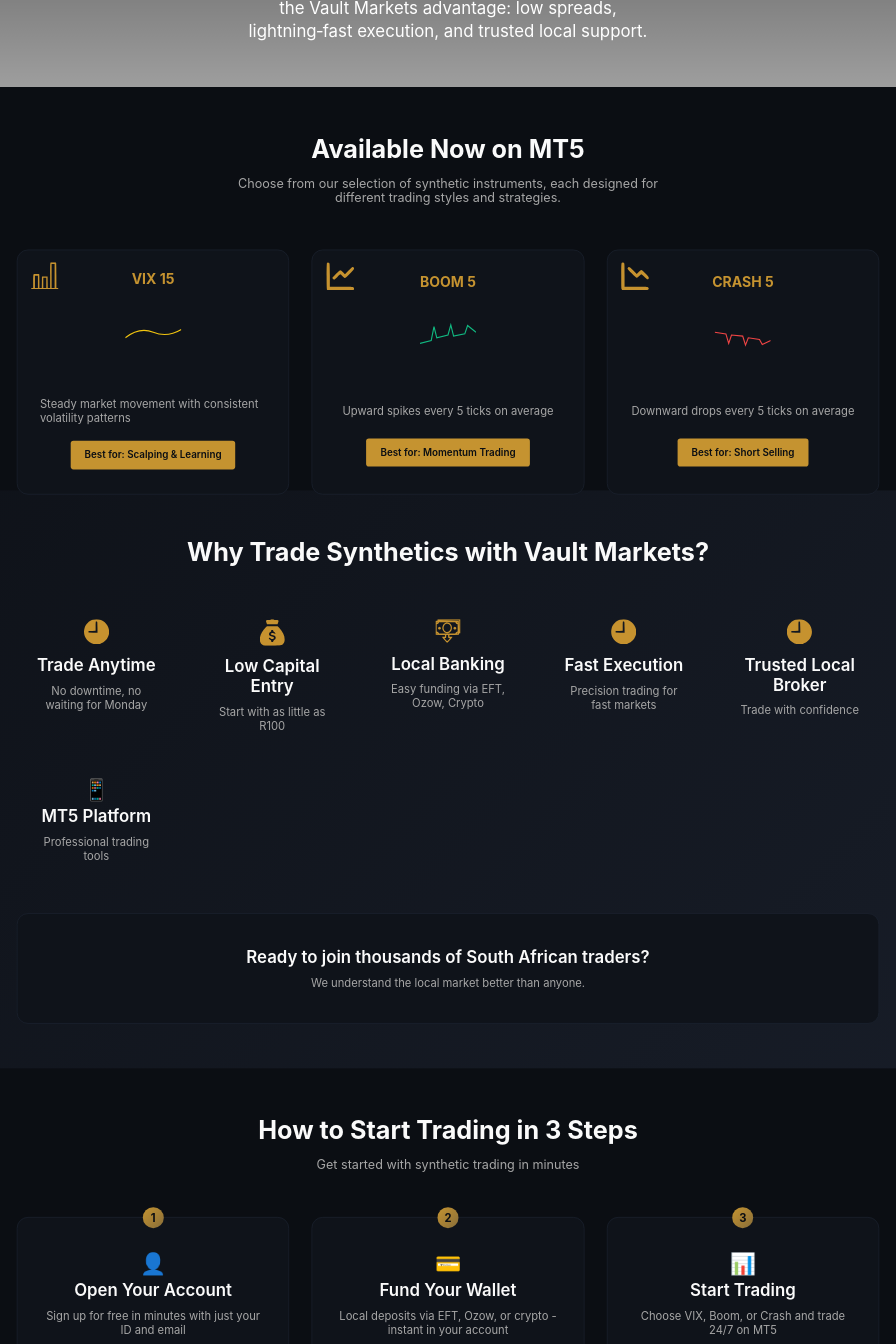
Repository: Jacques-Jaki-Morkel/VaultMarkets_Synthetics
Page: wp-copy/index.HTML
The author's editor kept a copy of each file at every save. The page is drawn from the files as they stood at one save, then again after the next save.
The browser window is 1280 px wide. The pictures show the part of the page from y = 1141 to 3061 px (the page is 4787 px tall), at 70% of full size.
Pictures or frames that could not be fetched are drawn as grey boxes.

Above is the page before, as saved 2025-08-01 13:44:22.

### wp-copy/index.HTML
<!DOCTYPE html>
<html lang="en">

<head>
    <link rel="stylesheet" href="styles.css">
</head>

<body>
    <!-- Hero Section -->
    <section class="vm-hero-section">
        <div class="vm-container vm-con-row">
            <div class="vm-floating-icons">
                <div class="vm-floating-icon vm-boom">BOOM</div>
                <div class="vm-floating-icon vm-crash">CRASH</div>
                <div class="vm-floating-icon vm-vix">VIX</div>
            </div>

            <div class="vm-hero-content">
                <span class="span-gradinet">
                    <h1>Trade the Market That Never Sleeps</h1>
                </span>
                <p class="vm-hero-subtitle">Boom. Crash. VIX. 24/7 trading. No market closures. No news shocks.</p>

                <div class="vm-hero-buttons">
                    <button class="vm-btn vm-btn-primary">Start Trading Now</button>
                    <button class="vm-btn vm-btn-outline hide-this">Watch Demo</button>
                </div>

                <div class="vm-markets-badge"><span class="vm-market-badge-icon"></span>Markets Open 24/7</div>
            </div>
        </div>
    </section>

    <!-- Synthetics Intro -->
    <section class="vm-synthetics-intro">
        <div class="vm-container vm-con-col">
            <div class="vm-section-header">
                <h2>Markets Built for Traders, <span class="span-gradinet">by Traders</span> </h2>
                <p>Synthetic Indices are computer‑generated markets that move just like real markets — but they're not tied to real‑world events. That means:</p>
            </div>

            <div class="vm-benefits-grid">
                <div class="vm-benefit-card">
                    <div class="vm-benefit-icon"><img class="icons-size" src="/assets/Icons/always-open.svg"></div>
                    <h3>Always Open</h3>
                    <p>Trade 24/7, even weekends & public holidays</p>
                </div>
                <div class="vm-benefit-card">
                    <div class="vm-benefit-icon"><img class="icons-size" src="/assets/Icons/constant-volatility.svg"></div>
                    <h3>Consistent Action</h3>
                    <p>No sudden market shocks from the news</p>
                </div>
                <div class="vm-benefit-card">
                    <div class="vm-benefit-icon"><img class="icons-size" src="/assets/Icons/predictable-structure.svg"></div>
                    <h3>Predictable Structure</h3>
                    <p>Easy to study & learn patterns</p>
                </div>
                <div class="vm-benefit-card">
                    <div class="vm-benefit-icon"><img class="icons-size" src="/assets/Icons/fast-execution.svg"></div>
                    <h3>Lightning Fast</h3>
                    <p>Instant execution and tight spreads</p>
                </div>
            </div>

            <p class="vm-vault-advantage">Trade them exactly like Forex or CFDs on MT5, with the Vault Markets advantage: low spreads, lightning‑fast execution, and trusted local support.

            </p>
        </div>
    </section>

    <!-- Instruments Showcase -->
    <section class="vm-instruments-showcase">
        <div class="vm-container">
            <div class="vm-section-header">
                <h2>Available Now on MT5</h2>
                <p>Choose from our selection of synthetic instruments, each designed for different trading styles and
                    strategies.</p>
            </div>

            <div class="vm-instruments-grid">
                <div class="vm-instrument-card">
                    <div class="vm-instrument-header">
                        <div class="vm-instrument-icon"><img src="/assets/Icons/vix.svg"></div>
                        <span class="vm-instrument-symbol">VIX 15</span>
                        <div class="vm-mini-chart">
                            <svg viewBox="0 0 100 40">
                                <path d="M0,30 Q25,10 50,20 T100,15" stroke="#f1c40f" fill="none" stroke-width="2" />
                            </svg>
                        </div>
                    </div>
                    <p class="vm-instrument-description">Steady market movement with consistent volatility patterns</p>
                    <span class="vm-best-for">Best for: Scalping & Learning</span>
                </div>

                <div class="vm-instrument-card">
                    <div class="vm-instrument-icon"><img src="/assets/Icons/boom-5.svg"></div>
                    <div class="vm-instrument-header">
                        <span class="vm-instrument-symbol">BOOM 5</span>
                        <div class="vm-mini-chart">
                            <svg viewBox="0 0 100 40">
                                <path d="M0,35 L20,30 L25,5 L30,25 L50,20 L55,2 L60,22 L80,18 L85,3 L100,15"
                                    stroke="#10b981" fill="none" stroke-width="2" />
                            </svg>
                        </div>
                    </div>
                    <p class="vm-instrument-description">Upward spikes every 5 ticks on average</p>
                    <span class="vm-best-for">Best for: Momentum Trading</span>
                </div>

                <div class="vm-instrument-card">
                    <div class="vm-instrument-header">
                        <div class="vm-instrument-icon"><img src="/assets/Icons/crash-5.svg"></div>
                        <span class="vm-instrument-symbol">CRASH 5</span>
                        <div class="vm-mini-chart">
                            <svg viewBox="0 0 100 40">
                                <path d="M0,15 L20,18 L25,35 L30,20 L50,22 L55,38 L60,25 L80,28 L85,37 L100,30"
                                    stroke="#ef4444" fill="none" stroke-width="2" />
                            </svg>
                        </div>
                    </div>
                    <p class="vm-instrument-description">Downward drops every 5 ticks on average</p>
                    <span class="vm-best-for">Best for: Short Selling</span>
                </div>
            </div>
        </div>
    </section>

    <!-- Why Vault Section -->
    <section class="vm-why-vault">
        <div class="vm-container">
            <h2>Why Trade Synthetics with Vault Markets?</h2>

            <div class="vm-why-benefits-grid">
                <div class="vm-why-benefit">
                    <div class="vm-why-icon"><img class="icons-size" src="/assets/Icons/always-open.svg"></div>
                    <h3>Trade Anytime</h3>
                    <p>No downtime, no waiting for Monday</p>
                </div>
                <div class="vm-why-benefit">
                    <div class="vm-why-icon"><img class="icons-size" src="/assets/Icons/low-capital.svg"></div>
                    <h3>Low Capital Entry</h3>
                    <p>Start with as little as R100</p>
                </div>
                <div class="vm-why-benefit">
                    <div class="vm-why-icon"><img class="icons-size" src="/assets/Icons/deposits-withdrawals.svg"></div>
                    <h3>Local Banking</h3>
                    <p>Easy funding via EFT, Ozow, Crypto</p>
                </div>
                <div class="vm-why-benefit">
                    <div class="vm-why-icon"><img class="icons-size" src="/assets/Icons/always-open.svg"></div>
                    <h3>Fast Execution</h3>
                    <p>Precision trading for fast markets</p>
                </div>
                <div class="vm-why-benefit">
                    <div class="vm-why-icon"><img class="icons-size" src="/assets/Icons/always-open.svg"></div>
                    <h3>Trusted Local Broker</h3>
                    <p>Trade with confidence</p>
                </div>
                <div class="vm-why-benefit">
                    <div class="vm-why-icon">📱</div>
                    <h3>MT5 Platform</h3>
                    <p>Professional trading tools</p>
                </div>
            </div>

            <div class="vm-cta-box">
                <h3>Ready to join thousands of South African traders?</h3>
                <p>We understand the local market better than anyone.</p>
            </div>
        </div>
    </section>

    <!-- How to Start -->
    <section class="vm-how-to-start">
        <div class="vm-container">
            <div class="vm-section-header">
                <h2>How to Start Trading in 3 Steps</h2>
                <p>Get started with synthetic trading in minutes</p>
            </div>

            <div class="vm-steps-grid">
                <div class="vm-step">
                    <div class="vm-step-number">1</div>
                    <div class="vm-step-icon">👤</div>
                    <h3>Open Your Account</h3>
                    <p>Sign up for free in minutes with just your ID and email</p>
                    <span class="vm-step-action">Create Account</span>
                </div>

                <div class="vm-step">
                    <div class="vm-step-number">2</div>
                    <div class="vm-step-icon">💳</div>
                    <h3>Fund Your Wallet</h3>
                    <p>Local deposits via EFT, Ozow, or crypto - instant in your account</p>
                    <span class="vm-step-action">Add Funds</span>
                </div>

                <div class="vm-step">
                    <div class="vm-step-number">3</div>
                    <div class="vm-step-icon">📊</div>
                    <h3>Start Trading</h3>
                    <p>Choose VIX, Boom, or Crash and trade 24/7 on MT5</p>
                    <span class="vm-step-action">Begin Trading</span>
                </div>
            </div>

            <div class="vm-final-cta">
                <h3>Ready to Start Your Trading Journey?</h3>
                <p>Join thousands of traders who've made the switch to 24/7 synthetic markets.</p>
                <button class="vm-btn vm-btn-primary">Open Account Now</button>
            </div>
        </div>
    </section>

    <!-- Educational Section -->
    <section class="vm-educational hide-this">
        <div class="vm-container">
            <div class="vm-section-header">
                <h2>New to Synthetics? We've Got You Covered</h2>
                <p>Master synthetic trading with our comprehensive educational resources</p>
            </div>

            <div class="vm-education-highlight">
                <div class="vm-video-card">
                    <div class="vm-video-thumbnail">
                        <div class="vm-play-button">▶</div>
                    </div>
                    <h3>Complete Synthetics Trading Guide</h3>
                    <p>Learn the fundamentals of synthetic trading in this comprehensive video guide</p>
                    <div class="vm-video-meta">
                        <span class="vm-video-type">Video Guide</span>
                        <span class="vm-video-duration">15 min</span>
                    </div>
                </div>
            </div>

            <div class="vm-resources-grid">
                <div class="vm-resource-card">
                    <div class="vm-resource-icon">📚</div>
                    <h3>Strategy Guides</h3>
                    <p>Proven strategies for Boom, Crash, and VIX trading</p>
                    <div class="vm-resource-meta">
                        <span>PDF Guide</span>
                        <span>10 min read</span>
                    </div>
                </div>

                <div class="vm-resource-card">
                    <div class="vm-resource-icon">🎯</div>
                    <h3>Risk Management</h3>
                    <p>Essential risk management techniques for synthetic markets</p>
                    <div class="vm-resource-meta">
                        <span>Article</span>
                        <span>5 min read</span>
                    </div>
                </div>

                <div class="vm-resource-card">
                    <div class="vm-resource-icon">📈</div>
                    <h3>Advanced Techniques</h3>
                    <p>Advanced trading techniques and market analysis</p>
                    <div class="vm-resource-meta">
                        <span>Video Series</span>
                        <span>30 min</span>
                    </div>
                </div>
            </div>

            <div class="vm-education-cta">
                <h3>Access Our Free Trading Education Library</h3>
                <p>Everything you need to become a successful synthetic trader</p>
                <button class="vm-btn vm-btn-outline">Explore Resources</button>
            </div>
        </div>
    </section>

    <!-- Testimonials -->
    <section class="vm-testimonials">
        <div class="vm-container">
            <div class="vm-section-header">
                <h2>What Our Traders Say</h2>
                <p>Join thousands of satisfied traders across South Africa</p>
            </div>

            <div class="vm-testimonials-grid">
                <div class="vm-testimonial-card">
                    <div class="vm-stars">⭐⭐⭐⭐⭐</div>
                    <p>"Vault's Synthetics let me trade on my own schedule – no waiting for markets to open."</p>
                    <div class="vm-testimonial-author">
                        <strong>Thabo M.</strong>
                        <span>Johannesburg</span>
                        <div class="vm-instrument-traded">Trades: VIX 15</div>
                    </div>
                </div>

                <div class="vm-testimonial-card">
                    <div class="vm-stars">⭐⭐⭐⭐⭐</div>
                    <p>"Boom and Crash are addictive – I love the constant action and clear patterns."</p>
                    <div class="vm-testimonial-author">
                        <strong>Michelle L.</strong>
                        <span>Cape Town</span>
                        <div class="vm-instrument-traded">Trades: Boom 5</div>
                    </div>
                </div>

                <div class="vm-testimonial-card">
                    <div class="vm-stars">⭐⭐⭐⭐⭐</div>
                    <p>"Finally, a market that doesn't close when I'm ready to trade. Perfect for my schedule."</p>
                    <div class="vm-testimonial-author">
                        <strong>David K.</strong>
                        <span>Durban</span>
                        <div class="vm-instrument-traded">Trades: Crash 5</div>
                    </div>
                </div>
            </div>

            <div class="vm-stats-grid">
                <div class="vm-stat">
                    <div class="vm-stat-number">15,000+</div>
                    <div class="vm-stat-label">Active Traders</div>
                </div>
                <div class="vm-stat">
                    <div class="vm-stat-number">24/7</div>
                    <div class="vm-stat-label">Market Access</div>
                </div>
                <div class="vm-stat">
                    <div class="vm-stat-number">0.01</div>
                    <div class="vm-stat-label">Min Lot Size</div>
                </div>
                <div class="vm-stat">
                    <div class="vm-stat-number">R100</div>
                    <div class="vm-stat-label">Min Deposit</div>
                </div>
            </div>
        </div>
    </section>

    <!-- Final CTA -->
    <section class="vm-final-cta">
        <div class="vm-container">
            <div class="vm-cta-content">
                <h1>Your Market. Your Time. Your Rules.</h1>
                <div class="vm-instruments-highlight">
                    <span class="vm-instrument boom">BOOM</span>
                    <span class="vm-instrument crash">CRASH</span>
                    <span class="vm-instrument vix">VIX</span>
                </div>
                <p>Experience the freedom of 24/7 trading with synthetic indices that never sleep. Join the revolution
                    of consistent, predictable markets designed for serious traders.</p>

                <div class="vm-features-highlight">
                    <div class="vm-feature">
                        <span class="vm-feature-icon">🌙</span>
                        <span>Never Closes</span>
                    </div>
                    <div class="vm-feature">
                        <span class="vm-feature-icon">📈</span>
                        <span>Consistent Action</span>
                    </div>
                    <div class="vm-feature">
                        <span class="vm-feature-icon">⚡</span>
                        <span>Instant Execution</span>
                    </div>
                </div>

                <div class="vm-final-buttons">
                    <button class="vm-btn vm-btn-primary">Start Trading Now</button>
                    <button class="vm-btn vm-btn-outline hide-this">Open Demo Account</button>
                </div>

                <p class="vm-risk-disclaimer">
                    <small>Trading CFDs involves risk. Synthetic Indices are proprietary instruments and may not be
                        suitable for all traders. Please trade responsibly. Vault Markets is an authorised financial
                        services provider.</small>
                </p>
            </div>
        </div>
    </section>

    <script src="script.js"></script>
</body>

</html>

Loaded but not shown: wp-copy/script.js (281 lines, source omitted); wp-copy/styles.css (843 lines, source omitted)

After the next save:
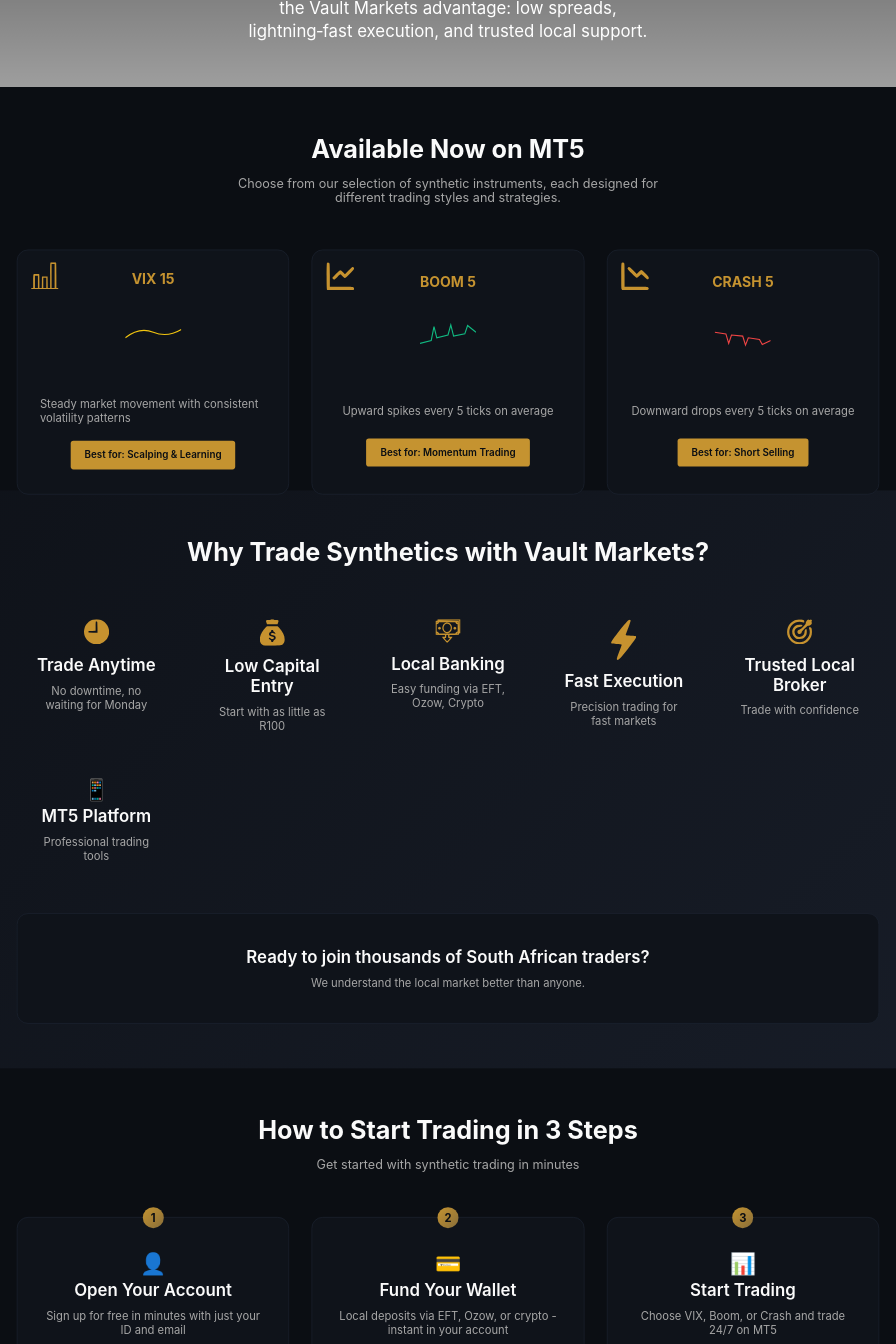
Saved 43 s later.
--- a/wp-copy/index.HTML
+++ b/wp-copy/index.HTML
@@ -147,12 +147,12 @@
                     <p>Easy funding via EFT, Ozow, Crypto</p>
                 </div>
                 <div class="vm-why-benefit">
-                    <div class="vm-why-icon"><img class="icons-size" src="/assets/Icons/always-open.svg"></div>
+                    <div class="vm-why-icon"><img class="icons-size" src="/assets/Icons/fast-execution.svg"></div>
                     <h3>Fast Execution</h3>
                     <p>Precision trading for fast markets</p>
                 </div>
                 <div class="vm-why-benefit">
-                    <div class="vm-why-icon"><img class="icons-size" src="/assets/Icons/always-open.svg"></div>
+                    <div class="vm-why-icon"><img class="icons-size" src="/assets/Icons/predictable-structure.svg"></div>
                     <h3>Trusted Local Broker</h3>
                     <p>Trade with confidence</p>
                 </div>
